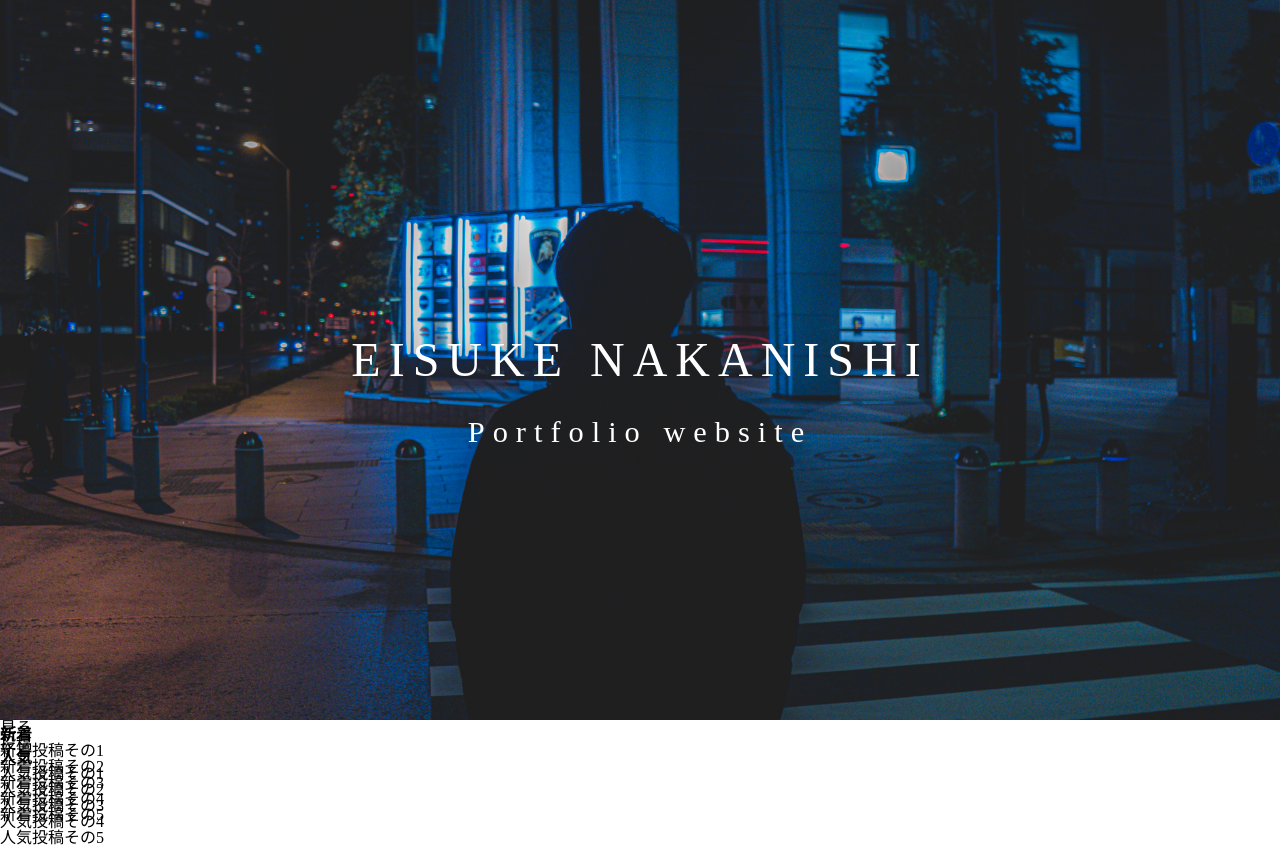
Repository: KustomApe/LandorusInc
Page: index.html
The author's editor kept a copy of each file at every save. The page is drawn from the files as they stood at one save, then again after the next save.
The browser window is 1280 px wide. The pictures show the whole page.

Above is the page before, as saved 2021-07-24 13:03:27.

After the next save:
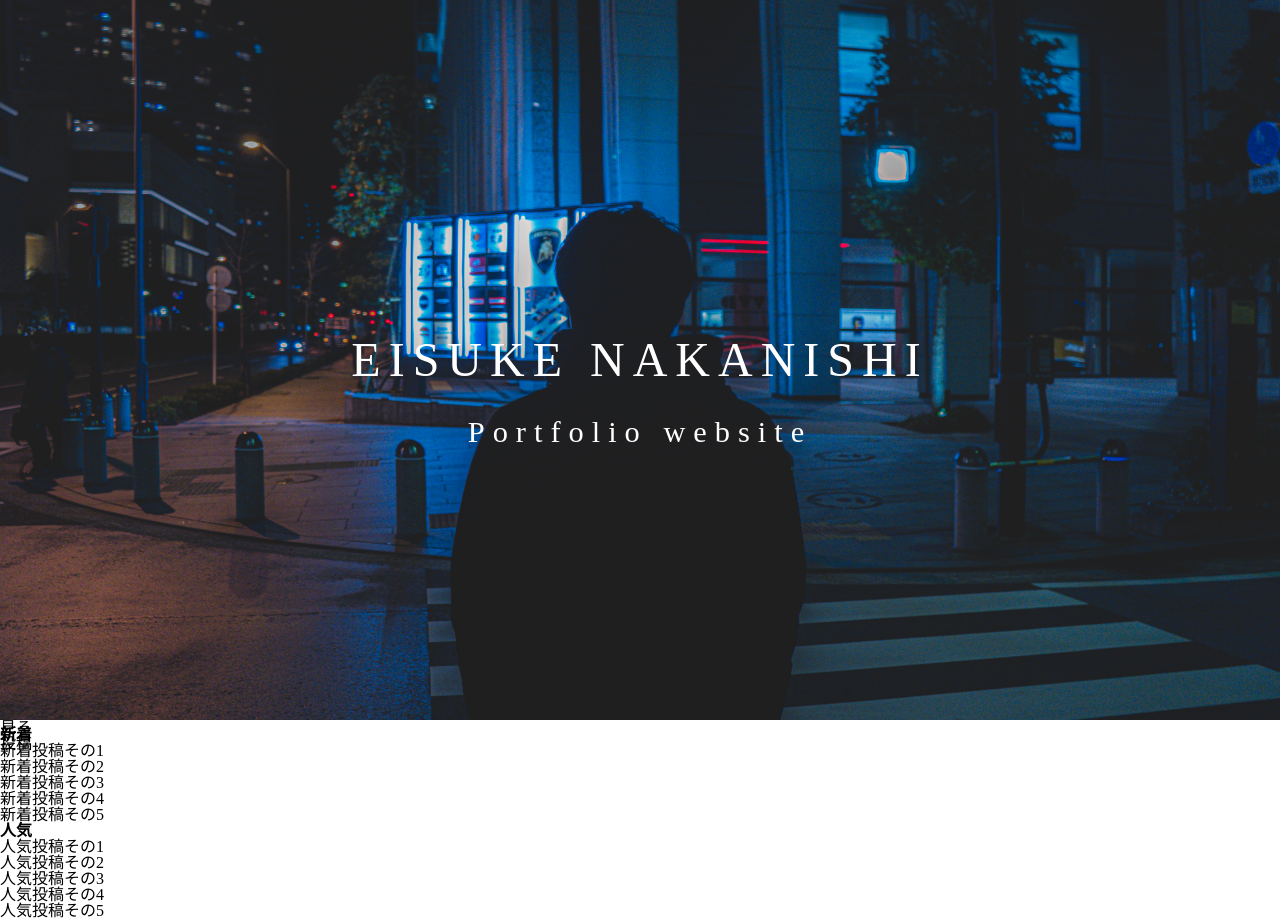
Saved 7 s later.
--- a/assets/css/style.css
+++ b/assets/css/style.css
@@ -40,7 +40,7 @@ div#main_img h2 {
     letter-spacing: 0.5rem;
 }
 
-div.contents ul {
+div.contents ul#main_btn {
     width: 100%;
     height: 1vh;
 }
